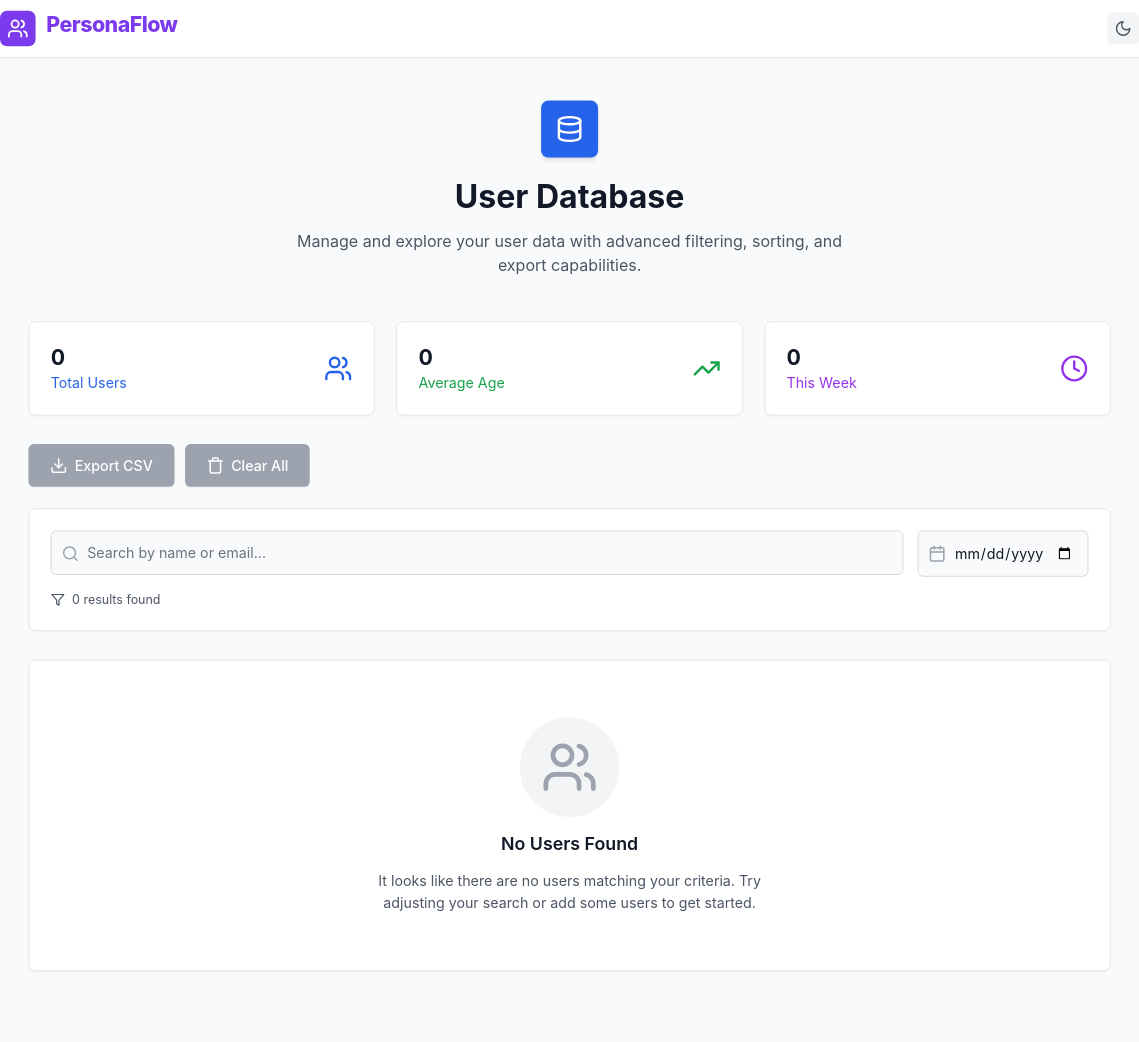
Repository: nikunjagarwal05/PersonaFlow
Page: /view
The author's editor kept a copy of each file at every save. The page is drawn from the files as they stood at one save, then again after a run of saves.
The browser window is 1280 px wide. The pictures show the whole page, at 89% of full size.
The project was rebuilt for these pictures with package versions that can differ from the ones it lists, and the page was loaded fresh each time. Also part of the build but not shown: vite.config.ts, src/components/Toast.jsx, src/components/UserForm.jsx, src/pages/Home.jsx, src/components/Pagination.jsx, src/pages/About.jsx.

Above is the page before, as saved 2025-06-10 18:23:57.

After the next 2 saves:
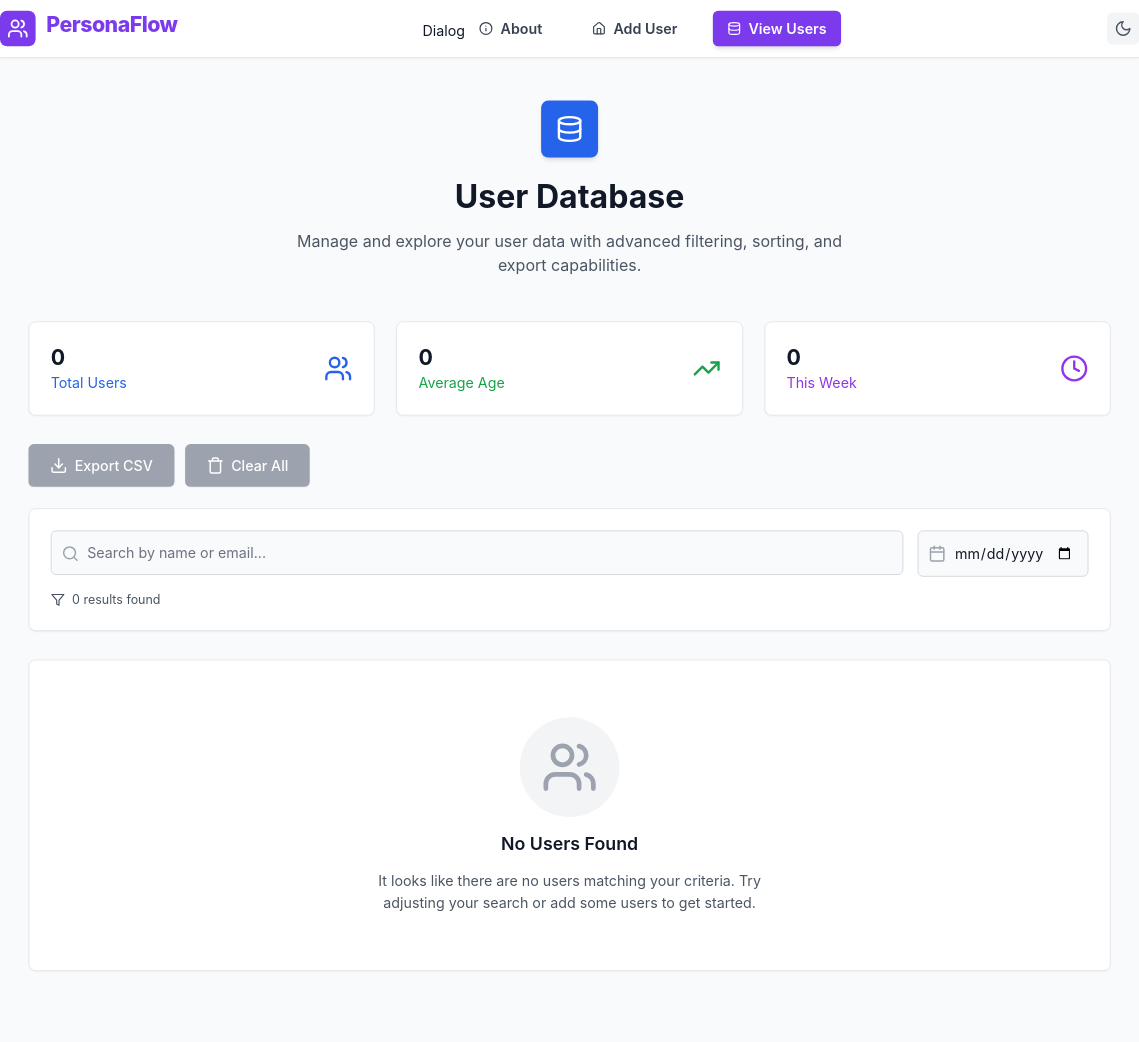
The 2 saves are shown as one change because they came seconds apart.
The last was saved 39 s later.
--- a/src/components/Navbar.jsx
+++ b/src/components/Navbar.jsx
@@ -1,6 +1,7 @@
 import React from 'react';
 import { Link, useLocation } from 'react-router-dom';
 import { Home, Database, Moon, Sun, Users, Info } from 'lucide-react';
+import { Dialog } from '@headlessui/react';
 
 // Navbar component provides navigation and dark mode toggle
 const Navbar = ({ darkMode, toggleDarkMode }) => {
@@ -24,8 +25,9 @@ const Navbar = ({ darkMode, toggleDarkMode }) => {
           </div>
 
           {/* Nav Links Centered */}
-          <div className="flex-1 sm:hidden flex justify-center">
+          <div className="flex-1 flex justify-center">
             <div className="flex items-baseline space-x-6">
+              Dialog
               <Link
                 to="/"
                 className={`px-4 py-2 rounded-md font-semibold transition-all duration-200 flex items-center space-x-2 ${
